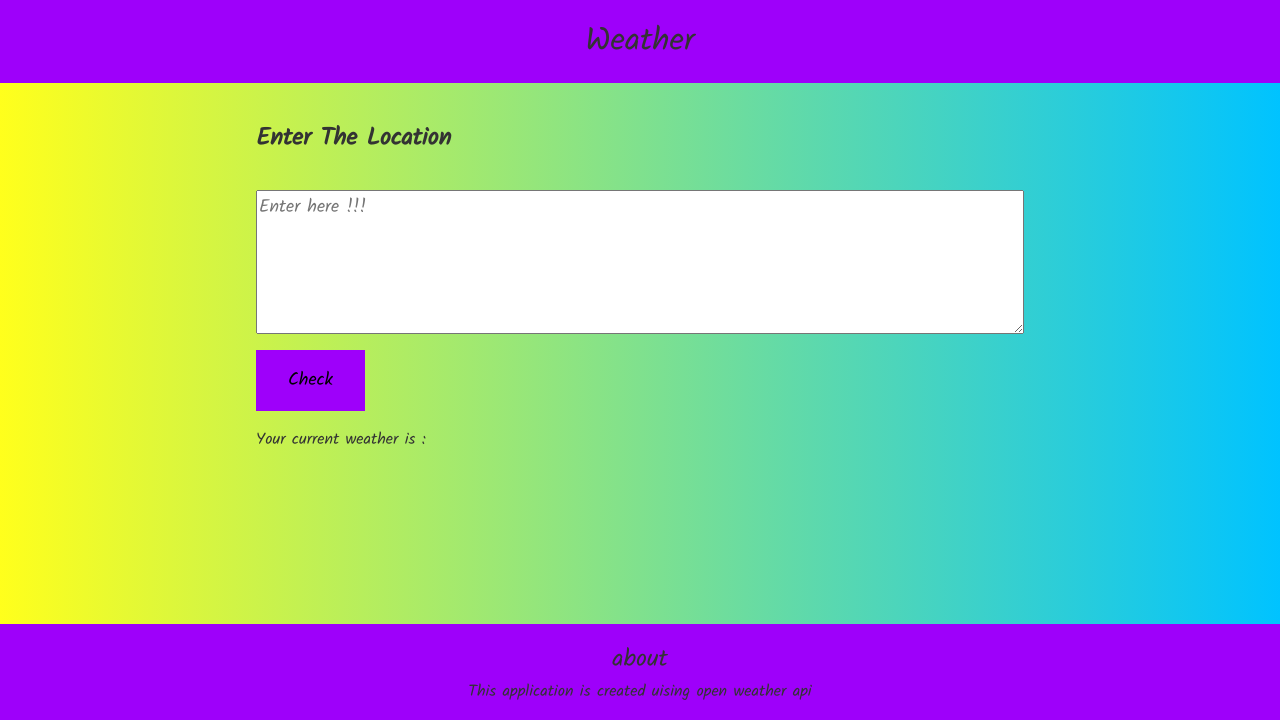
Repository: Irfan-vit/openapi
Page: index.html
These files come from the project's save history. The page is drawn as it stood at one moment and after a run of saves; the edit follows.
The browser window is 1280 px wide. The pictures show the whole page.

Above is the page before, as saved 2021-05-27 23:32:13.

After the next 4 saves:
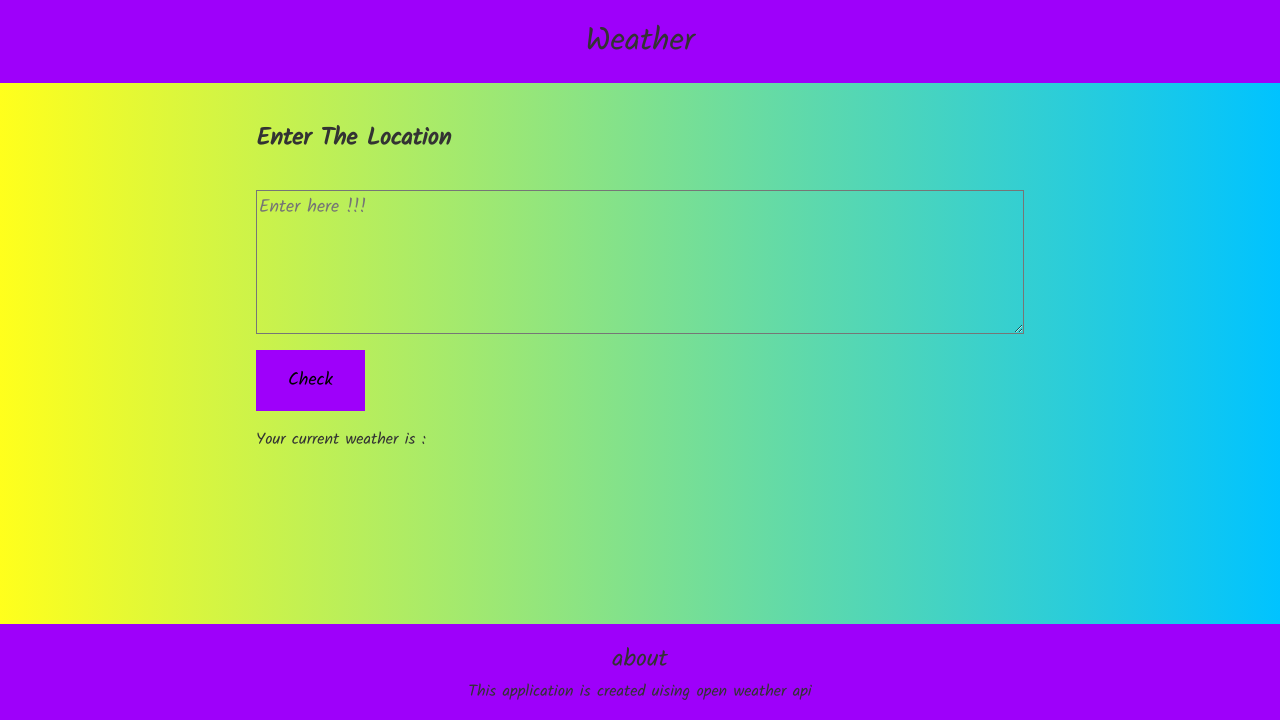
The 4 saves are shown as one change because they came seconds apart.
The last was saved 75 s later.
--- a/style.css
+++ b/style.css
@@ -39,6 +39,7 @@
     margin-top: 2rem;
     font-size: large;
     font-family: inherit;
+    background: transparent;
 }
 
 button {

After the save that followed:
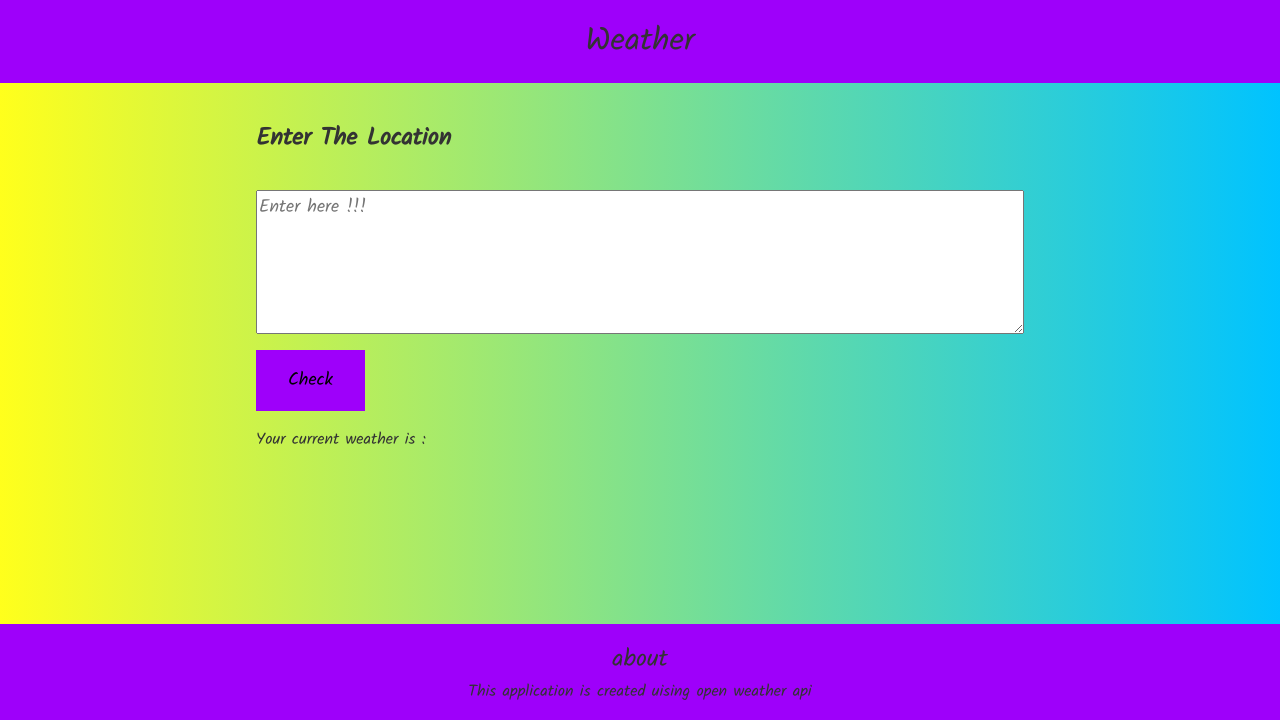
Saved 10 s later.
--- a/style.css
+++ b/style.css
@@ -39,7 +39,7 @@
     margin-top: 2rem;
     font-size: large;
     font-family: inherit;
-    background: transparent;
+    background-color: ;
 }
 
 button {
